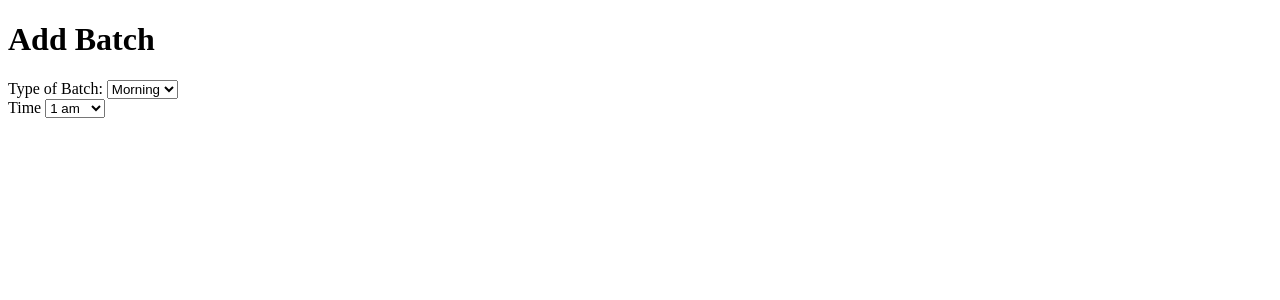
Repository: Jannis-Buschhaus/simplilearn-assessment-phase2
Page: http://localhost/FunfitWebapp/addBatch.jsp
An editor plug-in stored every save of this project. The page is shown before and after the next save, followed by the edit.
The browser window is 1280 px wide. The pictures show the whole page.
The page is served by Tomcat 9. Other server files are loaded and not shown.

Above is the page before, as saved 2024-05-28 09:43:53.

### FunfitWebapp/src/main/webapp/addBatch.jsp
<%@ page language="java" contentType="text/html; charset=UTF-8"
    pageEncoding="UTF-8"%>
<!DOCTYPE html>
<html>
<head>
<meta charset="UTF-8">
<title>Add Batch</title>
</head>
<body>
	<h1>Add Batch</h1>
	<form action="BatchController" method="post">
	<label for="typeOfBatch">Type of Batch: </label>
	<select name="typeOfBatch">
		<option value="morning">Morning</option>
		<option value="evening">Evening</option>
	</select><br/>
	<label for="time">Time</label>
	<select name="time">
		<% for(int i=1; i<=12; i++){ %>
			<option value="<%=i%>am"><%=i%> am</option>
		<% }%>
		<% for(int i=1; i<=12; i++){ %>
			<option value="<%=i%>pm"><%=i%> pm</option>
		<% }%>
	</select>
	</form>
</body>
</html>

After the next save:
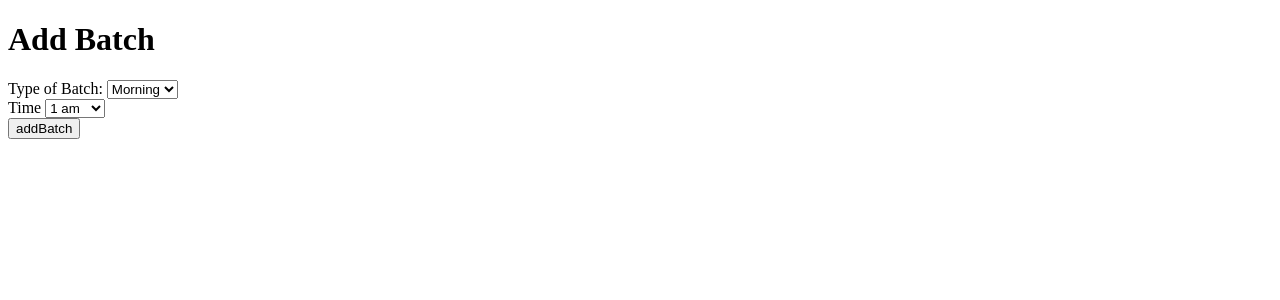
Saved 49 s later.
--- a/FunfitWebapp/src/main/webapp/addBatch.jsp
+++ b/FunfitWebapp/src/main/webapp/addBatch.jsp
@@ -22,7 +22,8 @@
 		<% for(int i=1; i<=12; i++){ %>
 			<option value="<%=i%>pm"><%=i%> pm</option>
 		<% }%>
-	</select>
+	</select><br />
+	<input type="submit" value="addBatch" />
 	</form>
 </body>
 </html>
